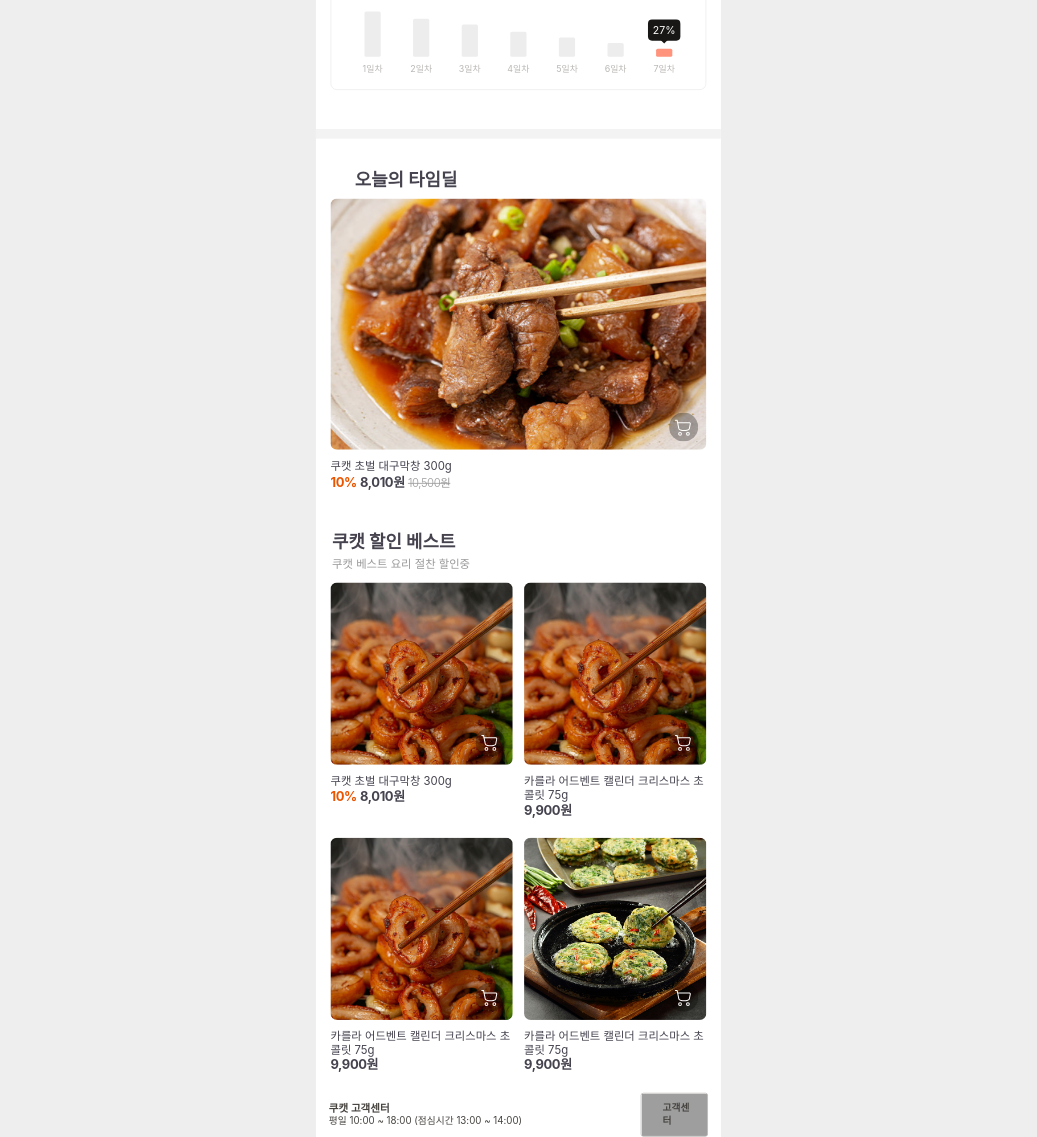
Repository: CooKat/Cookat
Page: specialPrice.html
These files come from the project's save history. The page is drawn as it stood at one moment and after the next save; the edit follows.
The browser window is 1280 px wide. The pictures show the part of the page from y = 3594 to 4998 px (the page is 5788 px tall before and 5811 px after), at 81% of full size.
Pictures or frames that could not be fetched are drawn as grey boxes. A picture or video elsewhere on the page could not be fetched, so the positions and the page height are approximate. Some web fonts or font styles are not loaded; a fallback is used.

Above is the page before, as saved 2022-12-29 12:59:12.
Not found: js/ex1.js

After the next save:
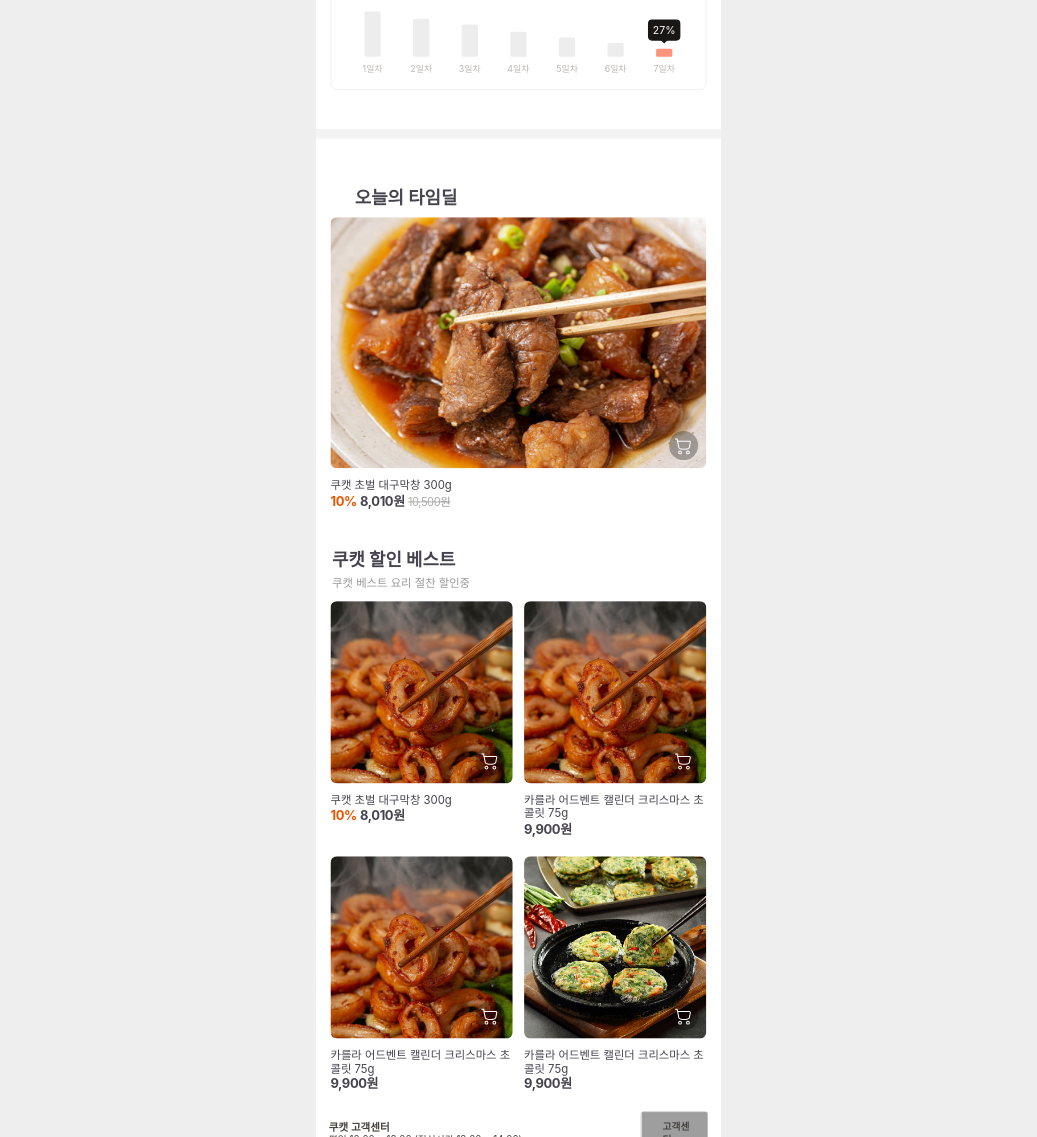
Saved 3 h 7 min later.
--- a/specialPrice.html
+++ b/specialPrice.html
@@ -312,6 +312,12 @@
           </section>
           <!-- 오늘의 타임딜 -->
           <section class="prd-list time-prd">
+            <svg
+              xmlns="http://www.w3.org/2000/svg"
+              width="19"
+              height="19"
+              viewBox="0 0 19 19"
+            ></svg>
             <h2 class="product-title">오늘의 타임딜</h2>
             <ul class="grid1">
               <li tabindex="0">
@@ -410,6 +416,7 @@
                   <p><span class="a11y-hidden">판매가</span>9,900원</p>
                 </div>
               </li>
+
               <li tabindex="0">
                 <div class="prd-thumb">
                   <a href="/"
